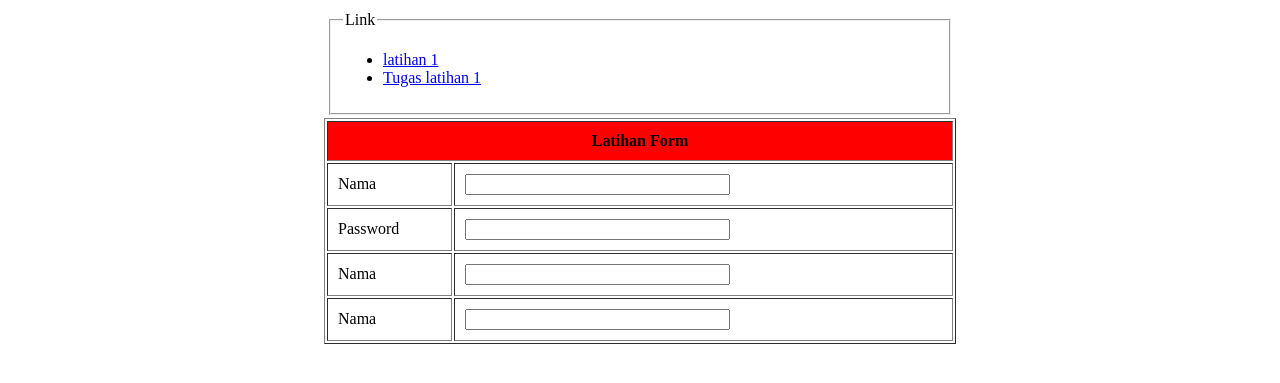
Repository: AHSANS354/tugas-sib5
Page: latihanform.html
The author's editor kept a copy of each file at every save. The page is drawn from the files as they stood at one save, then again after the next save.
The browser window is 1280 px wide. The pictures show the whole page.

Above is the page before, as saved 2023-08-21 11:33:38.

After the next save:
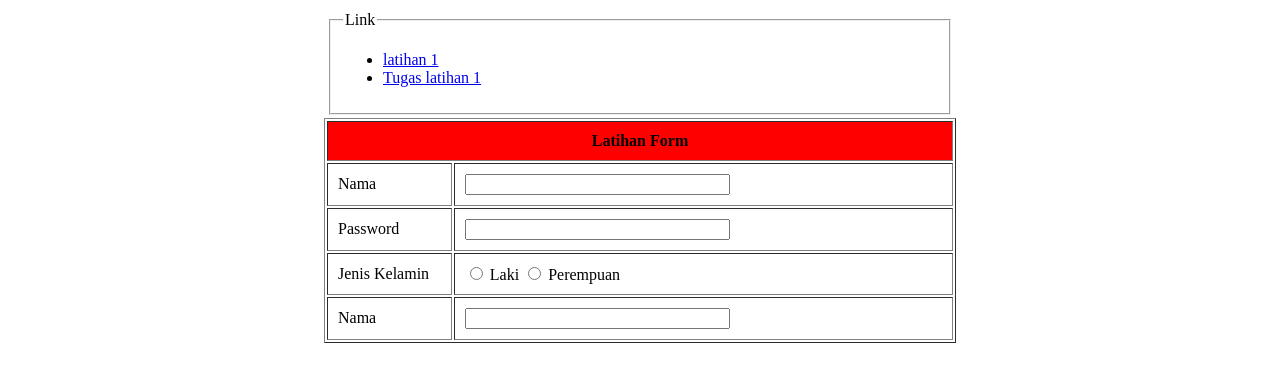
Saved 96 s later.
--- a/latihanform.html
+++ b/latihanform.html
@@ -41,10 +41,8 @@
         </td>
       </tr>
       <tr>
-        <td width="20%">Nama</td>
-        <td>
-          <input type="text" size="30" />
-        </td>
+        <td width="20%">Jenis Kelamin</td>
+        <td><input type="radio" value="L" /> Laki <input type="radio" value="P" /> Perempuan</td>
       </tr>
       <tr>
         <td width="20%">Nama</td>
